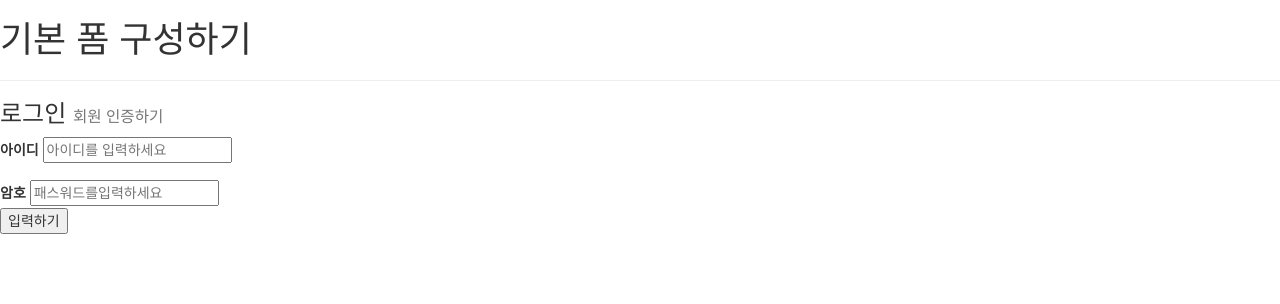
Repository: Umkimisstrong/UM_Webbb
Page: BootstrapApp/WebContent/BootEx04.html
These files come from the project's save history. The page is drawn as it stood at one moment and after the next save; the edit follows.
The browser window is 1280 px wide. The pictures show the whole page.

Above is the page before, as saved 2022-05-16 03:19:26.

After the next save:
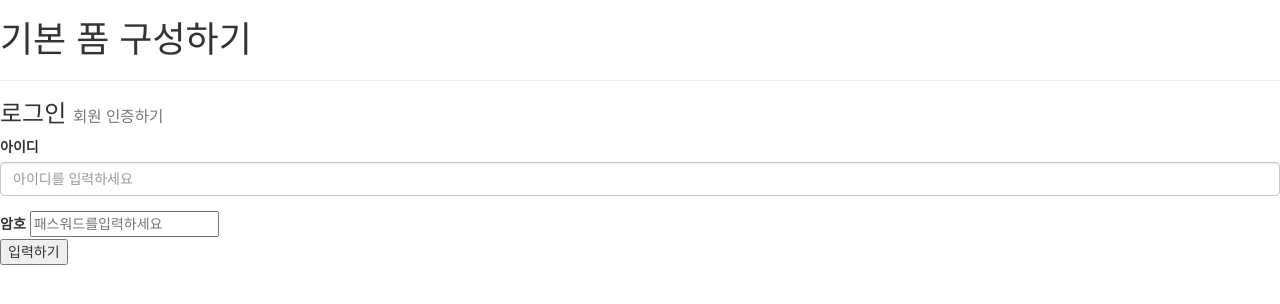
Saved 3 min 14 s later.
--- a/BootstrapApp/WebContent/BootEx04.html
+++ b/BootstrapApp/WebContent/BootEx04.html
@@ -29,7 +29,7 @@
 		<!-- 『.form-group』 : 폼을 구성하는 1개 관련 항목만 묶기 -->
 		<div class="form-group">
 			<label for="txtId">아이디</label>
-			<input type="text" id="txtId" placeholder="아이디를 입력하세요"/>
+			<input type="text" id="txtId" placeholder="아이디를 입력하세요"/ class="form-control">
 		</div>
 
 		<div>
